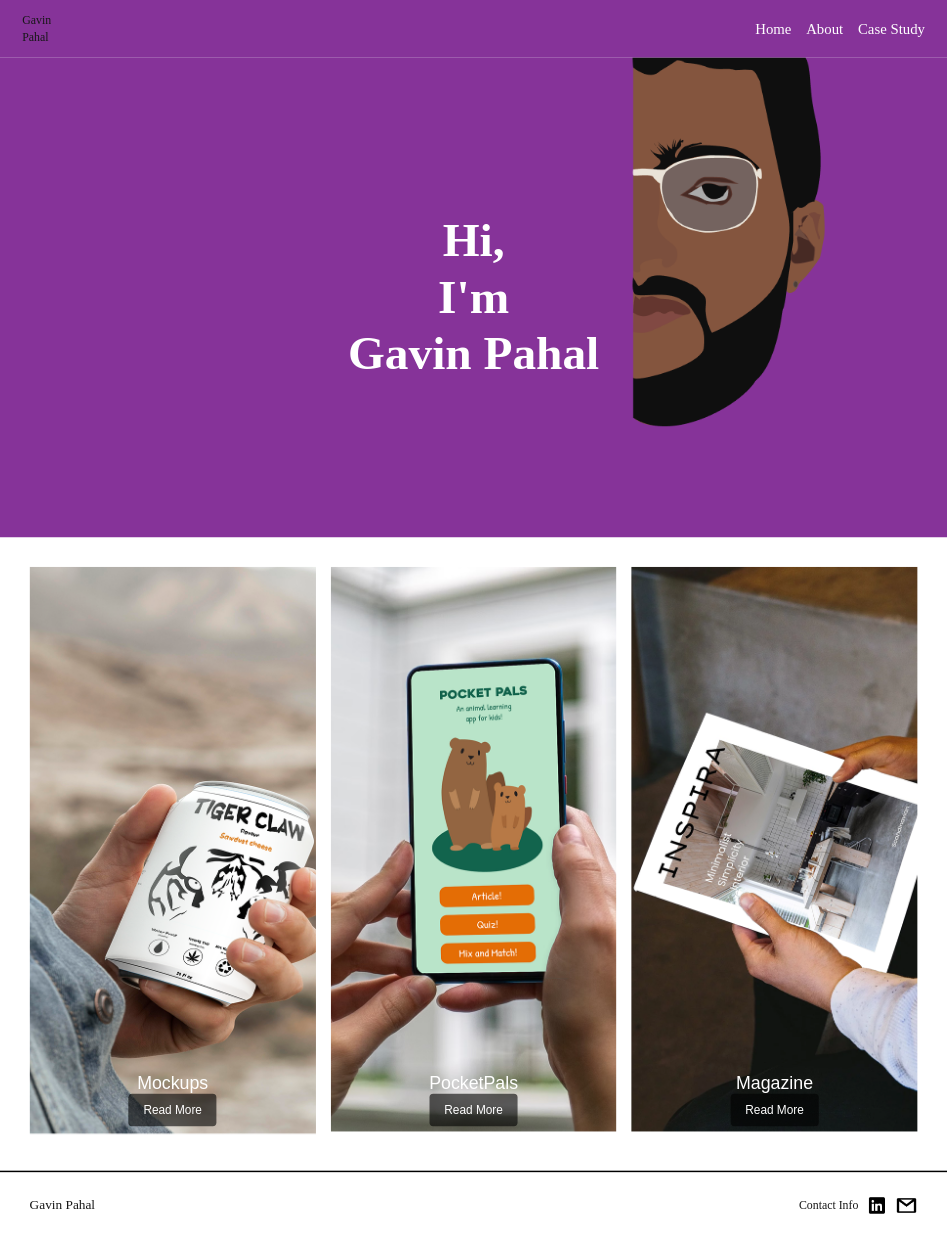
Repository: GavinPahal/portfolios
Page: /Home
An editor plug-in stored every save of this project. The page is shown before and after the next save, followed by the edit.
The browser window is 1280 px wide. The pictures show the whole page, at 74% of full size.
The project was rebuilt for these pictures with package versions that can differ from the ones it lists, and the page was loaded fresh each time. The framework's server and built-in components were replaced by stand-ins that run in the browser. Also part of the build but not shown: next.config.mjs, components/BackToTop/BackToTop.module.css.

Above is the page before, as saved 2025-02-06 14:01:16.

### pages/Home.js
import NavBar from "../components/NavBar/NavBar";
import HeroSection from "../components/HeroSection/HeroSection";
import Projects from "../components/Projects/Projects";
import Footer from "../components/Footer/Footer";
import BackToTop from "../components/BackToTop/BackToTop";

const home = () => {
  return (
    <div>
      <NavBar />
      <HeroSection />
      <Projects />
      <BackToTop />
      <Footer />
    </div>
  );
};

export default home;

### components/NavBar/NavBar.js
import Link from "next/link";
import styles from "./NavBar.module.css";

const NavBar = () => {
  return (
    <nav className={styles.navbar}>
      <div className={styles.logo}>
        <span>Gavin Pahal</span>
      </div>
      <ul className={styles.navLinks}>
        <li>
          <Link href="/">Home</Link>
        </li>
        <li>
          <Link href="/about">About</Link>
        </li>
        <li>
          <Link href="/case-study">Case Study</Link>
        </li>
      </ul>
    </nav>
  );
};

export default NavBar;

### components/HeroSection/HeroSection.js
import styles from "./HeroSection.module.css";

const HeroSection = () => {
  return (
    <header className={styles.hero}>
      <img src="/images/Group 6.png" alt="Gavin Pahal Portfolio" className={styles.heroImage} />
      <div className={styles.heroText}>
        <h1 className={styles.title}>
          Hi, <br /> I'm <br /> Gavin Pahal
        </h1>
      </div>
    </header>
  );
};

export default HeroSection;

### components/Projects/Projects.js
import { useState, useRef } from "react";
import { createPopper } from "@popperjs/core";
import styles from "./Projects.module.css";

const projects = [
  {
    title: "Mockups",
    image: "/images/Rectangle 65.png", // Update with actual image path
    link: "/can",
    description: "High-quality product mockups to showcase your designs.",
  },
  {
    title: "PocketPals",
    image: "/images/Rectangle 75.png", // Update with actual image path
    link: "/pocket-pals",
    description: "An animal learning app for kids.",
  },
  {
    title: "Magazine",
    image: "/images/Rectangle 65 (1).png", // Update with actual image path
    link: "/magazine",
    description: "Helping travelers with food allergies find safe meals.",
  },
];

const Projects = () => {
  const [visible, setVisible] = useState(null);
  const popperRef = useRef([]);
  const tooltipRef = useRef([]);

  const handleMouseEnter = (index) => {
    setVisible(index);
    createPopper(popperRef.current[index], tooltipRef.current[index], {
      placement: "top",
      modifiers: [{ name: "offset", options: { offset: [0, 10] } }],
    });
  };

  const handleMouseLeave = () => {
    setVisible(null);
  };

  return (
    <section className={styles.projects}>
      {projects.map((project, index) => (
        <div
          key={index}
          className={styles.project}
          ref={(el) => (popperRef.current[index] = el)}
          onMouseEnter={() => handleMouseEnter(index)}
          onMouseLeave={handleMouseLeave}
        >
          <img src={project.image} alt={project.title} className={styles.image} />
          <h3 className={styles.title}>{project.title}</h3>
          <a href={project.link} className={styles.button}>Read More</a>

          <div
            ref={(el) => (tooltipRef.current[index] = el)}
            className={`${styles.overlay} ${visible === index ? styles.show : ""}`}
          >
            <p>{project.description}</p>
          </div>
        </div>
      ))}
    </section>
  );
};

export default Projects;

### components/Footer/Footer.js
import styles from "./Footer.module.css";

const Footer = () => {
  return (
    <footer className={styles.footer}>
      <div className={styles.container}>
        <p className={styles.name}>Gavin Pahal</p>
        <div className={styles.contact}>
          <span>Contact Info</span>
          <div className={styles.icons}>
            <a href="www.linkedin.com/in/gavin-pahal" target="_blank" rel="noopener noreferrer">
              <img src="/images/LinkedIn (1).png" alt="LinkedIn" />
            </a>
            <a href="mailto:gavinpahal2003@gmail.com">
              <img src="/images/Gmail Logo (1).png" alt="Email" />
            </a>
          </div>
        </div>
      </div>
    </footer>
  );
};

export default Footer;

### components/BackToTop/BackToTop.js
import { useState, useEffect } from "react";
import styles from "./BackToTop.module.css";

const BackToTop = () => {
  const [showScroll, setShowScroll] = useState(false);

  useEffect(() => {
    const handleScroll = () => {
      setShowScroll(window.scrollY > 200);
    };

    window.addEventListener("scroll", handleScroll);
    return () => window.removeEventListener("scroll", handleScroll);
  }, []);

  const scrollToTop = () => {
    window.scrollTo({ top: 0, behavior: "smooth" });
  };

  return (
    showScroll && (
      <div className={styles.scrollContainer} onClick={scrollToTop}>
        <span className={styles.scrollText}>Back to Top</span>
        <div className={styles.underline}></div>
      </div>
    )
  );
};

export default BackToTop;

### components/NavBar/NavBar.module.css
.navbar {
  font-family: "philosopher", "bold";
  display: flex;
  justify-content: space-between;
  align-items: center;
  padding: 15px 30px;
  background: #863399;
}

.logoContainer {
  display: flex;
  align-items: center;
}

.logo {
  width: 60px; /* Adjust size as needed */
  margin-right: 10px;
}

.name {
  color: white;
  font-size: 18px;
  font-weight: bold;
}

.navLinks {
  list-style: none;
  display: flex;
  gap: 20px;
}

.navLinks li a {

  color: white;
  text-decoration: none;
  font-size: 20px;
}

### components/HeroSection/HeroSection.module.css
.hero {
    position: relative;
    width: 100%;
    height: 90vh;
    display: flex;
    align-items: center;
    justify-content: center;
    background: url("/images/Group 6.png") center/cover no-repeat;
  }

  .heroImage {
    position: absolute;
    width: 90%;
    height: 90%;
    z-index: -1;
  }

  .heroText {
    text-align: center;
    color: white;
    font-family: "Times New Roman", serif;
  }

  .title {
    font-size: 4rem;
    font-weight: bold;
    line-height: 1.2;
  }

  .resumeButton {
    margin-top: 20px;
    padding: 12px 24px;
    font-size: 1.2rem;
    background: white;
    color: black;
    font-weight: bold;
    border: none;
    border-radius: 5px;
    cursor: pointer;
    transition: background 0.3s ease, transform 0.2s ease;
  }

  .resumeButton:hover {
    background: rgba(255, 255, 255, 0.8);
    transform: scale(1.05);
  }

### components/Projects/Projects.module.css
.projects {
    display: flex;
    justify-content: center;
    gap: 20px;
    padding: 40px;
  }

  .project {
    position: relative;
    text-align: center;
    color: white;
    max-width: 450px;
    overflow: hidden;
  }

  .image {
    width: 100%;
    height: auto;
    transition: transform 0.3s ease-in-out;
  }

  .project:hover .image {
    transform: scale(1.05);
  }

  .title {
    position: absolute;
    bottom: 60px;
    left: 50%;
    transform: translateX(-50%);
    font-size: 1.5rem;
  }

  .button {
    position: absolute;
    bottom: 20px;
    left: 50%;
    transform: translateX(-50%);
    background-color: rgba(0, 0, 0, 0.6);
    color: white;
    padding: 10px 20px;
    text-decoration: none;
    border-radius: 5px;
  }

  .overlay {
    position: absolute;
    bottom: 100%;
    left: 50%;
    transform: translateX(-50%);
    background: rgba(0, 0, 0, 0.8);
    color: white;
    padding: 10px;
    font-size: 0.9rem;
    width: 200px;
    text-align: center;
    opacity: 0;
    transition: opacity 0.3s ease-in-out;
    pointer-events: none;
  }

  .show {
    opacity: 1;
  }

### components/Footer/Footer.module.css
.footer {
  text-align: center;
  padding: 30px 20px;
  border-top: 2px solid black;
  position: relative;
  display: flex;
  justify-content: space-between;
  align-items: center;
}

.container {
  width: 100%;
  display: flex;
  justify-content: space-between;
  align-items: center;
}

.name {
  font-family: "philosopher", "bold";
  font-size: 18px;
  margin: 0; /* Aligns with the top border */
  padding-left: 20px; /* Adds some spacing from the left */
}

.contact {
  font-family: "philosopher", "bold";
  font-size: 16px;
  display: flex;
  align-items: center;
  padding-right: 20px; /* Adds some spacing from the right */
}

.icons {
  display: flex;
  gap: 10px; /* Ensures equal spacing between icons */
  margin-left: 10px; /* Adds spacing between text and icons */
}

.icons img {
  width: 30px;
}

Loaded but not shown: pages/_app.js (common file); pages/_document.js (common file); styles/globals.css (common file); tailwind.config.mjs (common file)

After the next save:
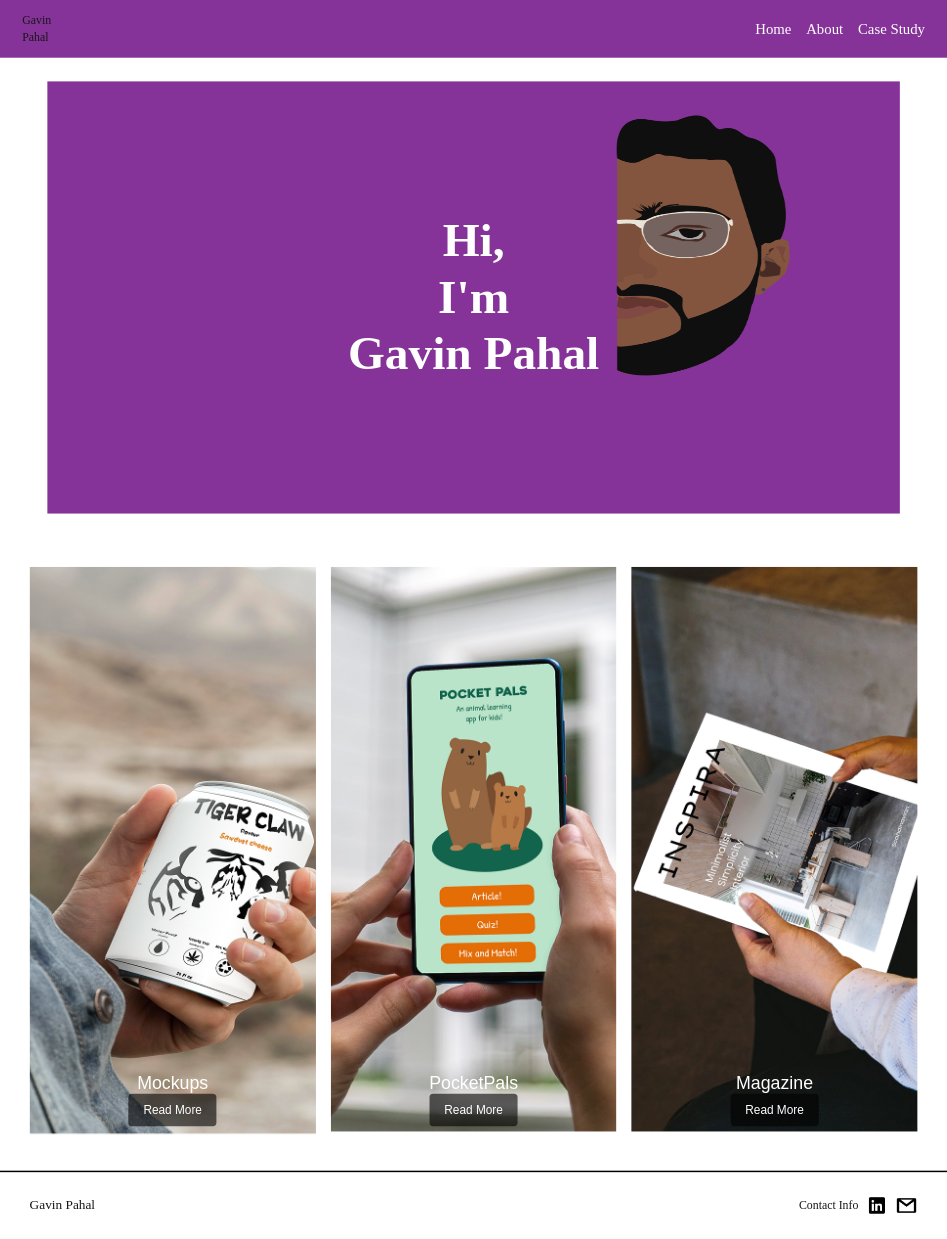
Saved 8 s later.
--- a/components/HeroSection/HeroSection.module.css
+++ b/components/HeroSection/HeroSection.module.css
@@ -5,7 +5,6 @@
     display: flex;
     align-items: center;
     justify-content: center;
-    background: url("/images/Group 6.png") center/cover no-repeat;
   }
 
   .heroImage {
